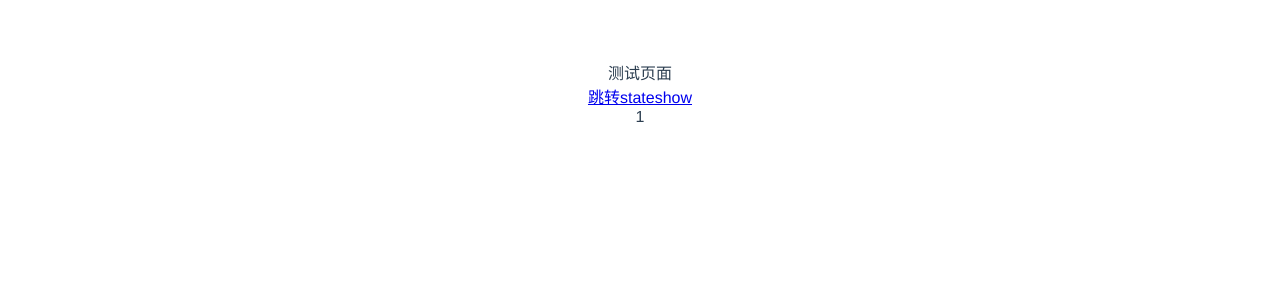
Repository: tianyige21/course-vue
Page: /#/test
An editor plug-in stored every save of this project. The page is shown before and after the next save, followed by the edit.
The browser window is 1280 px wide. The pictures show the whole page.
The project was rebuilt for these pictures with package versions that can differ from the ones it lists, and the page was loaded fresh each time. Also part of the build but not shown: vue.config.js, src/views/home.vue.

Above is the page before, as saved 2021-10-21 16:13:20.

### src/main.js
import Vue from 'vue'
import App from './App.vue'
import router from '../src/router'
import store from '@/store/index.js'
import axios from 'axios'
import ElementUI from 'element-ui'
import "element-ui/lib/theme-chalk/index.css";


Vue.config.productionTip = false


Vue.prototype.$axios = axios

Vue.use(ElementUI)

new Vue({
  render: h => h(App),
  router,
  store
}).$mount('#app')

### src/App.vue
<template>
  <div id="app">
    <!-- 这个是 -->
    <router-view></router-view>
  </div>
</template>

<script>
export default {
  name: 'App',
  components: {
  }
}
</script>

<style>
#app {
  font-family: Avenir, Helvetica, Arial, sans-serif;
  -webkit-font-smoothing: antialiased;
  -moz-osx-font-smoothing: grayscale;
  text-align: center;
  color: #2c3e50;
  margin-top: 60px;
}
</style>

### src/router/index.js


import Vue from 'vue'
import Router from 'vue-router'
import Test from '@/views/test.vue';
import Home from '@/views/home.vue'
// import MachineData from '@/views/machineData.vue'

Vue.use(Router)

export default new Router({
  routes: [{
    path: '/',
    name: 'Home',
    component: Home
    /***
     * path    定义具体路径
     * name  设置名称
     * component  具体组件，通过import 引入相应文件
     * redirect  重定向，访问/test，URL直接跳转至 /XXXX （对应的页面）
     * alias  别名 访问/demo2 URL保持不变，实际访问 /test
     */
  },
  {
    path: '/test',
    name: 'test',
    component: Test,
    alias:'/demo2'
  },
  {
    path: '/machinedata',
    name: 'machineData',
    component:() => import('../views/machineData.vue') //
  },
  {
    path: '/stateshow',
    name: 'stateshow',
    component: ()=>import('../views/stateshow.vue'),
  }]
})

### src/store/index.js
import Vue from 'vue'
import Vuex from 'vuex'

Vue.use(Vuex)

export default new Vuex.Store({
  state: {
    count:1
  },
  mutations: {
     increment (state) {
      // 变更状态
      state.count++
    }
  },
  actions: {
    increment(context){
      context.commit('increment')
    }
  },
  modules: {},
})

### src/views/test.vue
<!--  -->
<template>
  <div>
    测试页面
    <br />
    <router-link :to="{ path: '/stateshow' }">跳转stateshow</router-link>

    <br />
    {{count}}
  </div>
</template>

<script>
export default {
  name: 'Test',
  props: {

  },
  data () {
    return {
    }
  },
  components: {

  },
  computed: {
    count () {
      return this.$store.state.count
    }
  },
  watch: {

  },
  methods: {

  },
  beforeMount () {

  },
  mounted () {

  },
  activated () {

  }
}
</script>
<style  >
/* @import url(); 引入css类 */
</style>

Loaded but not shown: public/index.html (common file)

After the next save:
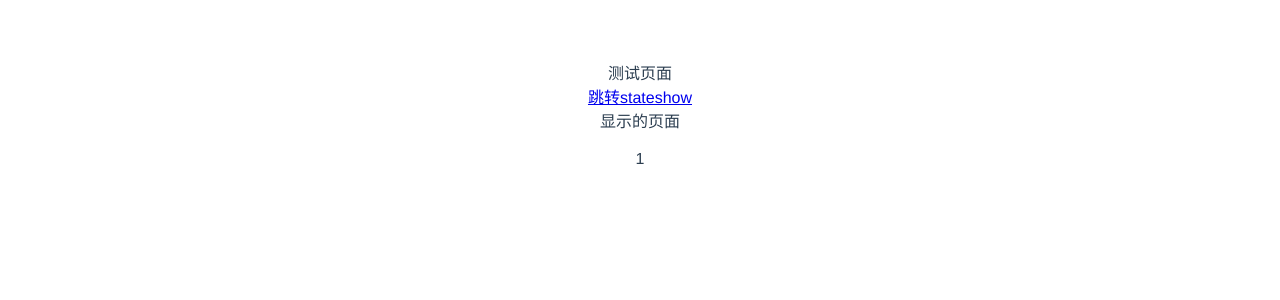
Saved 44 min 32 s later.
--- a/src/views/test.vue
+++ b/src/views/test.vue
@@ -4,7 +4,9 @@
     测试页面
     <br />
     <router-link :to="{ path: '/stateshow' }">跳转stateshow</router-link>
-
+    <div v-show="state">
+       显示的页面
+    </div>
     <br />
     {{count}}
   </div>
@@ -18,6 +20,7 @@ export default {
   },
   data () {
     return {
+      state:true
     }
   },
   components: {
